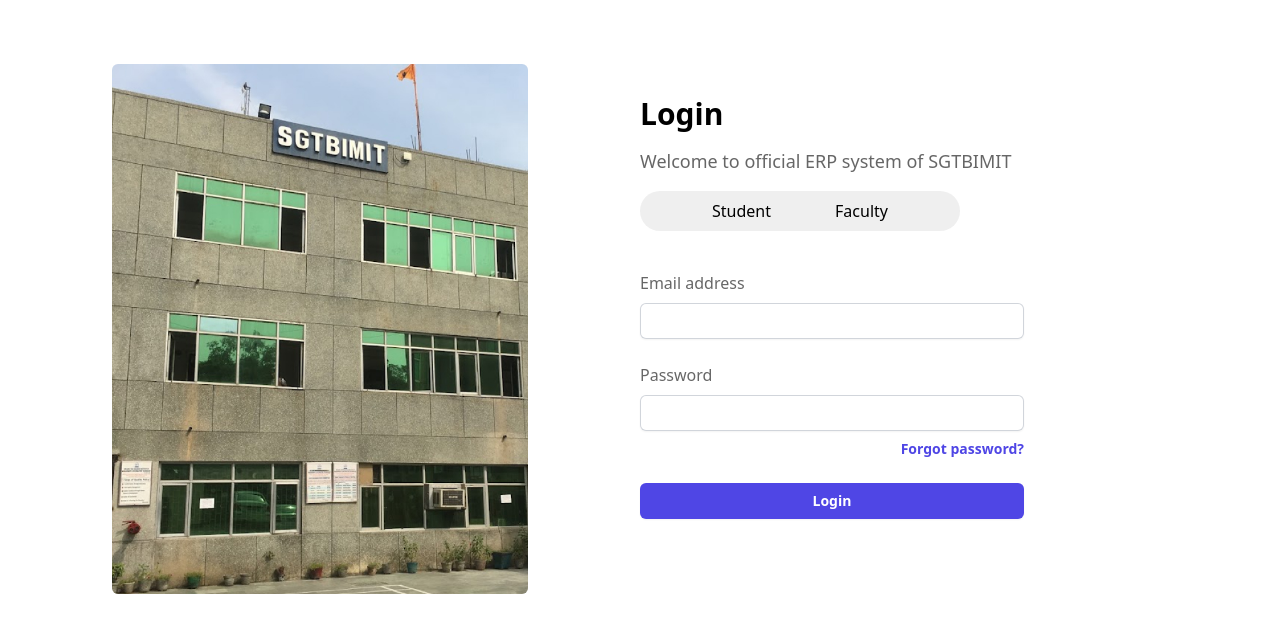
Repository: SehajBindra/SGTBIMIT-ERP-Client
Page: /StudentLogin
An editor plug-in stored every save of this project. The page is shown before and after the next save, followed by the edit.
The browser window is 1280 px wide. The pictures show the whole page.
The project was rebuilt for these pictures with package versions that can differ from the ones it lists, and the page was loaded fresh each time. Also part of the build but not shown: src/LOGIN/Login.js, src/LOGIN/FACULTY/FacultyLogin.js, src/STUDENT_PAGE/StuBody.js, src/STUDENT_PAGE/StuSidebar.js, src/STUDENT_PAGE/StuHeader.js, src/STUDENT_PAGE/StudentHome.js, src/FACULTY_PAGE/FacBody.js, src/FACULTY_PAGE/FacHeader.js and 2 more.

Above is the page before, as saved 2023-05-14 16:08:00.

### src/App.js
import React from 'react';
import { BrowserRouter as Router, Routes, Route } from "react-router-dom";
import './App.css';
import Login from './LOGIN/Login';
import StudentLogin from './LOGIN/STUDENT/StudentLogin';
import FacultyLogin from './LOGIN/FACULTY/FacultyLogin';
import StuBody from './STUDENT_PAGE/StuBody';
import StudentHome from './STUDENT_PAGE/StudentHome';
import StuSidebar from './STUDENT_PAGE/StuSidebar';
import StuHeader from './STUDENT_PAGE/StuHeader';
import FacBody from './FACULTY_PAGE/FacBody';
import FacHeader from './FACULTY_PAGE/FacHeader';
import FacSidebar from './FACULTY_PAGE/FacSidebar';
import FacultyHome from './FACULTY_PAGE/FacultyHome';
function App() {
  return (
    <div className="App">
      <Router>
        <Routes>
        <Route exact path="/" element={<Login />}></Route>
        <Route exact path="StudentLogin" element={<StudentLogin/>}></Route>
        <Route exact path="FacultyLogin" element={<FacultyLogin/>}></Route>
        <Route exact path="StuBody" element={<StuBody/>}></Route>
        <Route exact path="StuSidebar" element={<StuSidebar/>}></Route>
        <Route exact path="StuHeader" element={<StuHeader/>}></Route>
        <Route exact path="StudentHome" element={<StudentHome/>}></Route>
        <Route exact path="FacBody" element={<FacBody/>}></Route>
        <Route exact path="FacHeader" element={<FacHeader/>}></Route>
        <Route exact path="FacSidebar" element={<FacSidebar/>}></Route>
        <Route exact path="FacultyHome" element={<FacultyHome/>}></Route>
        </Routes>
      </Router>
    </div>
  );
}

export default App;

### src/LOGIN/STUDENT/StudentLogin.js
import React, { useEffect, useState } from "react";
import VisibilityIcon from "@mui/icons-material/Visibility";
import VisibilityOffIcon from "@mui/icons-material/VisibilityOff";

const StudentLogin = () => {
  const [translate, setTranslate] = useState(false);
  const [username, setUsername] = useState("");
  const [password, setPassword] = useState("");
  const [showPassword, setShowPassword] = useState(false);
  const [loading] = useState(false);

  useEffect(() => {
    setTimeout(() => {
      setTranslate(true);
    }, 1000);
  }, []);

  return (
    <div className=" grid grid-cols-4 h-[530px] my-16 mx-auto max-w-7xl ">
      <div className=" col-span-2">
        <img
          className="hidden md:inline h-[530px] object-cover rounded-md"
          src="/sgtb.jpg"
          alt="banner_image"
        />
      </div>

      <div className="bg-white text-left   col-span-2 my-8">
        <h2 className="text-3xl  font-semibold">Login</h2>
        <p className="text-black/60 text-[18px] my-4">
          Welcome to official ERP system of SGTBIMIT
        </p>

        <div
          className="flex  flex-row items-center  justify-center h-10 text-[#
            1B449C] bg-[#EEEE] max-w-xs  space-x-16 capitalize text-[16px] rounded-[32px]"
        >
          <p>student</p>
          <p className="">faculty</p>
        </div>

        <div>
          <div className="mt-10 text-[16px]  sm:w-full sm:max-w-sm">
            <form className="space-y-6" action="#" method="POST">
              <div>
                <label className="block text-left  font-normal leading-6 text-black/60">
                  Email address
                </label>
                <div className="mt-2">
                  <input
                    id="email"
                    name="email"
                    type="email"
                    autoComplete="email"
                    required
                    className="block w-full rounded-md border-0 py-1.5 text-gray-900 shadow-sm ring-1 ring-inset ring-gray-300 placeholder:text-gray-400 focus:ring-2 focus:ring-inset focus:ring-indigo-600 sm:text-sm sm:leading-6"
                  />
                </div>
              </div>

              <div>
                <div className="flex items-center justify-between">
                  <label
                    htmlFor="password"
                    className="block  font-normal leading-6 text-black/60"
                  >
                    Password
                  </label>
                </div>
                <div className="mt-2">
                  <input
                    id="password"
                    name="password"
                    type="password"
                    autoComplete="current-password"
                    required
                    className="block w-full rounded-md border-0 py-1.5 text-gray-900 shadow-sm ring-1 ring-inset ring-gray-300 placeholder:text-gray-400 focus:ring-2 focus:ring-inset focus:ring-indigo-600 sm:text-sm sm:leading-6"
                  />
                </div>
                <div className="text-sm text-right my-2">
                  <a
                    href="#"
                    className="font-semibold text-indigo-600 hover:text-black/60"
                  >
                    Forgot password?
                  </a>
                </div>
              </div>

              <div>
                <button
                  type="submit"
                  className="flex w-full justify-center rounded-md bg-indigo-600 px-3 py-1.5 text-sm font-semibold leading-6 text-white shadow-sm hover:bg-indigo-500 focus-visible:outline focus-visible:outline-2 focus-visible:outline-offset-2 focus-visible:outline-indigo-600"
                >
                  Login
                </button>
              </div>
            </form>
          </div>
        </div>
      </div>
    </div>
  );
};

export default StudentLogin;

### src/LOGIN/Login.css
*{
    margin: 0;
    padding: 0;
}
.display{
    min-height: 100vh;
    width: 100%;
    background-image: url("back.jpg");
    background-repeat: no-repeat;
    background-size: cover;
    background-position: center;
    position: relative;

}

Loaded but not shown: public/index.html (common file); src/index.js (common file); src/index.css (common file); src/App.css (common file); tailwind.config.js (common file)

After the next save:
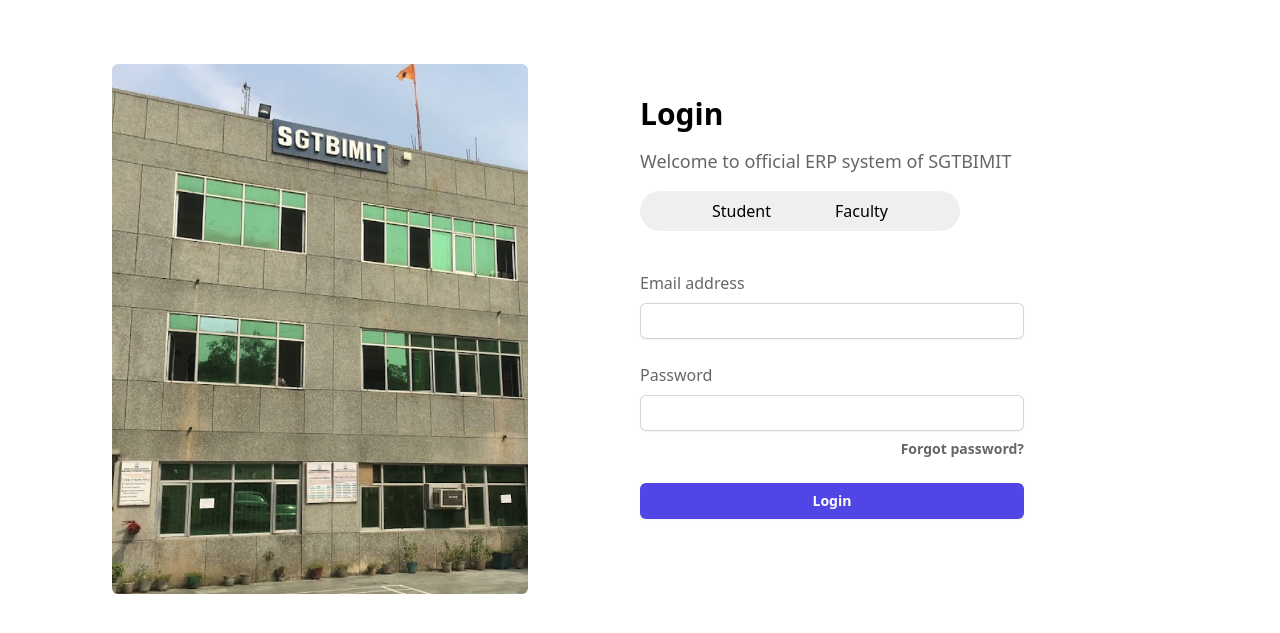
Saved 25 s later.
--- a/src/LOGIN/STUDENT/StudentLogin.js
+++ b/src/LOGIN/STUDENT/StudentLogin.js
@@ -80,7 +80,7 @@
                 <div className="text-sm text-right my-2">
                   <a
                     href="#"
-                    className="font-semibold text-indigo-600 hover:text-black/60"
+                    className="font-semibold text-black/60 hover:text-black/60"
                   >
                     Forgot password?
                   </a>
